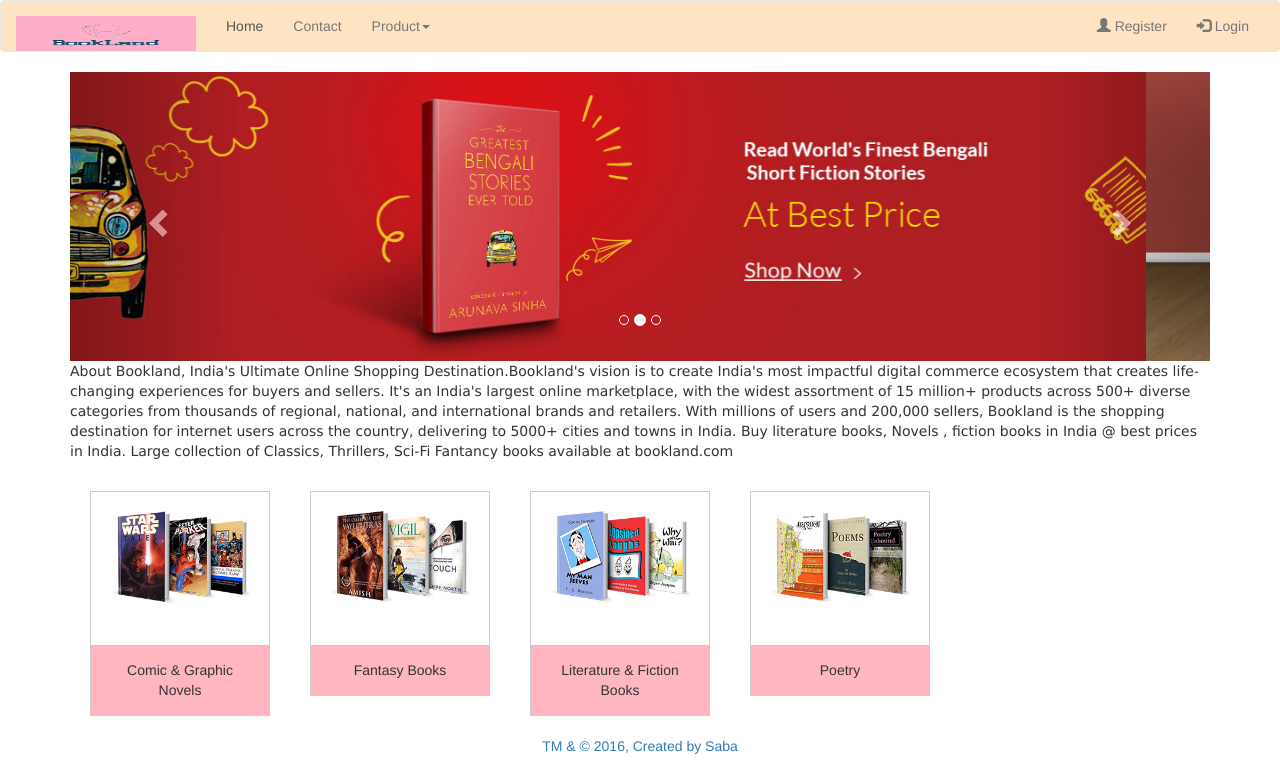
Repository: sabahussain/finalproject
Page: http://localhost/bookland/
These files come from the project's save history. The page is drawn as it stood at one moment and after the next save; the edit follows.
The browser window is 1280 px wide. The pictures show the whole page.
The page is served by Tomcat 9. Nobody is signed in. The application's start-up code is not run.

Above is the page before, as saved 2016-05-08 15:34:37.

After the next save:
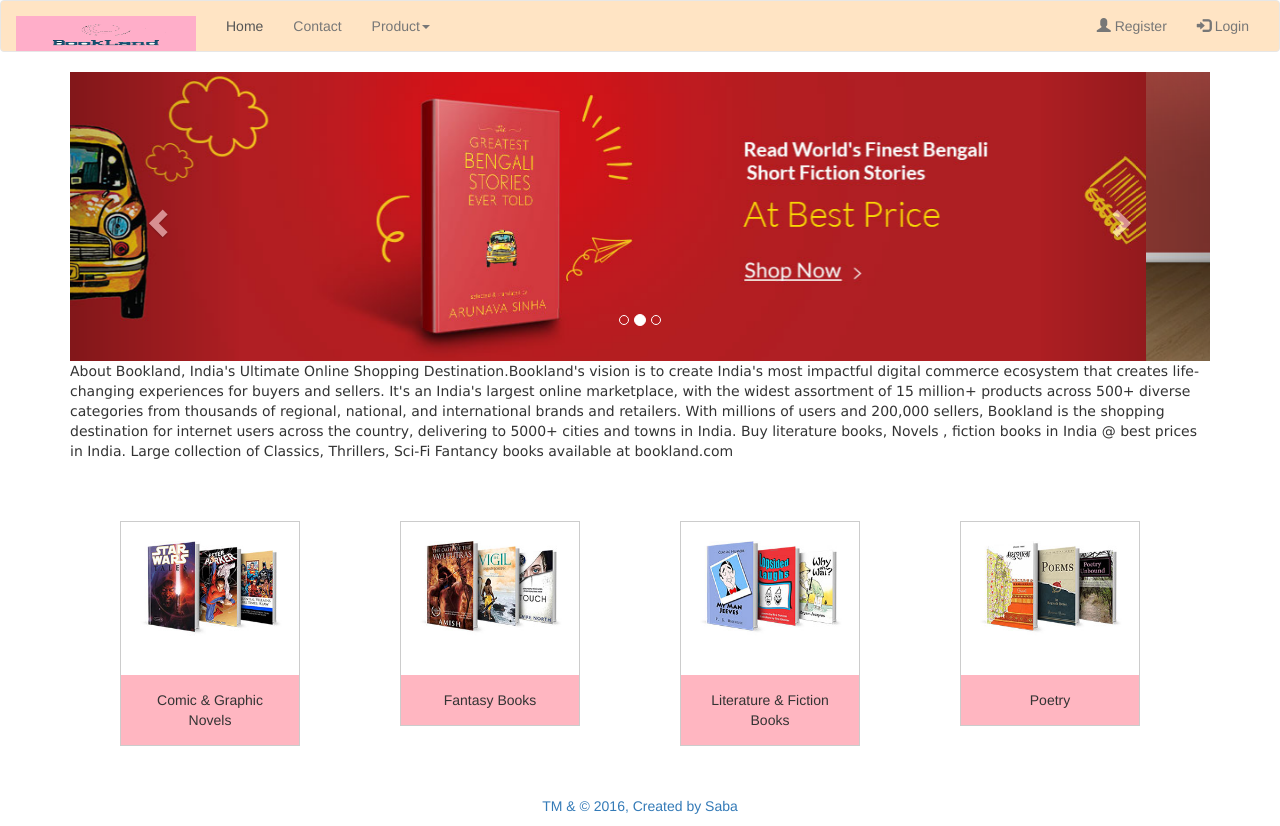
Saved 35 s later.
--- a/bookland/src/main/webapp/index.jsp
+++ b/bookland/src/main/webapp/index.jsp
@@ -24,7 +24,7 @@
     color: #555555;
 }
 div.img {
-    margin: 20px;
+    margin: 50px;
     border: 1px solid #ccc;
     float: left;
     width: 180px;
